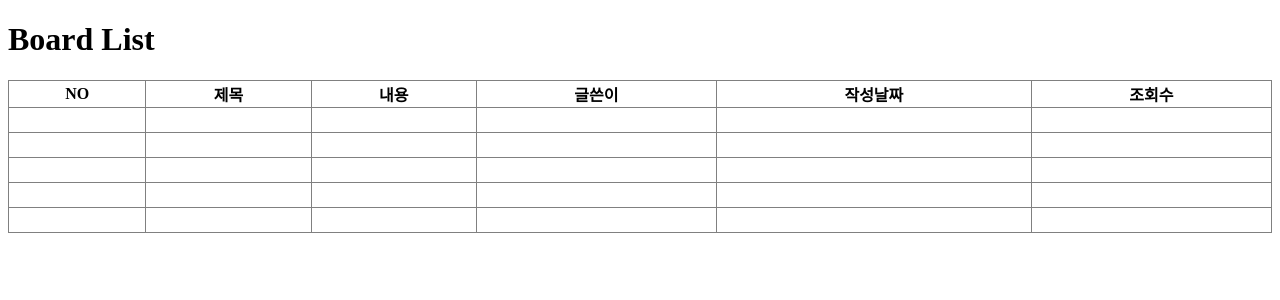
Repository: ByeonYJ/CSSTest
Page: GMSUI/WebContent/board/board_list.html
The author's editor kept a copy of each file at every save. The page is drawn from the files as they stood at one save, then again after the next save.
The browser window is 1280 px wide. The pictures show the whole page.

Above is the page before, as saved 2017-07-19 07:02:35.

After the next save:
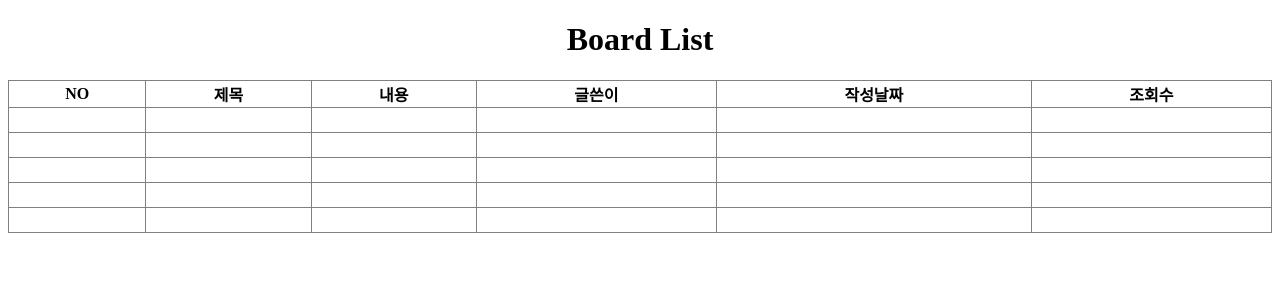
Saved 67 s later.
--- a/GMSUI/WebContent/board/board_list.html
+++ b/GMSUI/WebContent/board/board_list.html
@@ -5,7 +5,7 @@
 <title>Insert title here</title>
 </head>
 <body>
-<h1 style="text-align: conter;">Board List</h1>
+<h1 style="text-align: center;">Board List</h1>
 </hr>
 	<table border=1 style="border-collapse: collapse; width: 100%">
 		<tr style="height: 25px;">
